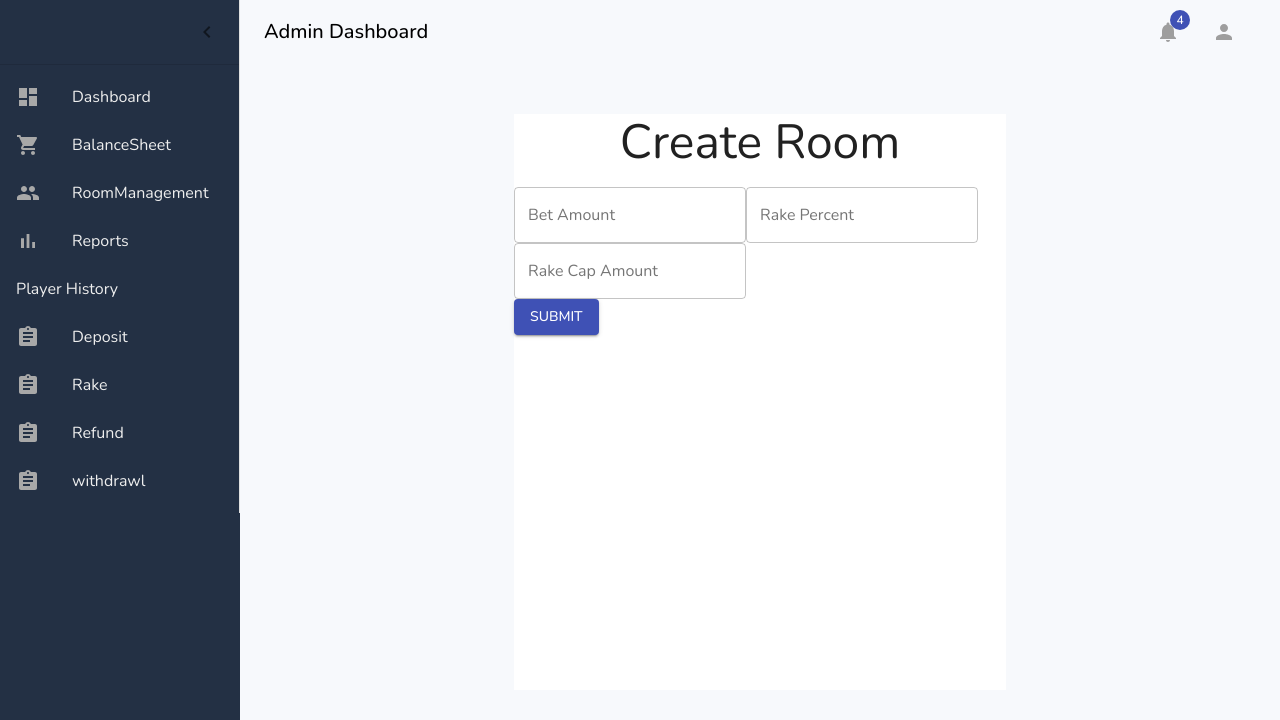
Repository: imayankbisht/ludofrontend
Page: /create
These files come from the project's save history. The page is drawn as it stood at one moment and after the next save; the edit follows.
The browser window is 1280 px wide. The pictures show the whole page.
The project was rebuilt for these pictures with package versions that can differ from the ones it lists, and the page was loaded fresh each time. Also part of the build but not shown: src/Components/Title.js, src/Components/Cards/Deposits.js, src/Components/Cards/Cashout.js, src/Components/Cards/Netbalance.js, src/Components/Cards/Rake.js, src/Components/Cards/Refund.js, src/Components/UserControl.js, src/Components/UserTable.js and 5 more.

Above is the page before, as saved 2021-01-20 12:40:15.

### src/App.js
import React from 'react';
import './App.css';
import {
  BrowserRouter as Router,
  Switch,
  Route,
 Redirect
} from "react-router-dom";
// import SignInOutContainer from './containers';
import Dashboard from './Components/Dashboard';
import Login from './Components/login';
// import RoomManagement from './Container/RoomManagement';
import UserManagement from './Components/UserManagement';
import UserForm from './Components/UserForm';
import EditForm from './Components/EditForm';
import BalanceSheet from './Components/balanceSheet';
import Routes from './routes';
import Main from './Container/Main';
 function App(props) {
  return (
    <div className="App">
  <Router >

   <Main/>
  </Router>


      </div>
  );
}


export default App;

### src/App.css
.App {
  /* text-align: center; */

}

.App-logo {
  height: 40vmin;
  pointer-events: none;
}

@media (prefers-reduced-motion: no-preference) {
  .App-logo {
    animation: App-logo-spin infinite 20s linear;
  }
}

.App-header {
  background-color: #282c34;
  min-height: 100vh;
  display: flex;
  flex-direction: column;
  align-items: center;
  justify-content: center;
  font-size: calc(10px + 2vmin);
  color: white;
}

.App-link {
  color: #61dafb;
}

@keyframes App-logo-spin {
  from {
    transform: rotate(0deg);
  }
  to {
    transform: rotate(360deg);
  }
}

### src/Components/Dashboard.js
import React from 'react';
import clsx from 'clsx';
import { makeStyles } from '@material-ui/core/styles';
import CssBaseline from '@material-ui/core/CssBaseline';
import Drawer from '@material-ui/core/Drawer';
import Box from '@material-ui/core/Box';
import AppBar from '@material-ui/core/AppBar';
import Toolbar from '@material-ui/core/Toolbar';
import List from '@material-ui/core/List';
import Typography from '@material-ui/core/Typography';
import Divider from '@material-ui/core/Divider';
import IconButton from '@material-ui/core/IconButton';
import Badge from '@material-ui/core/Badge';
import Container from '@material-ui/core/Container';
import Grid from '@material-ui/core/Grid';
import Paper from '@material-ui/core/Paper';
// import Link from '@material-ui/core/Link';
import MenuIcon from '@material-ui/icons/Menu';
import ChevronLeftIcon from '@material-ui/icons/ChevronLeft';
import NotificationsIcon from '@material-ui/icons/Notifications';
import Deposits from './Cards/Deposits';
import MenuItem from "@material-ui/core/MenuItem";
import MenuList from "@material-ui/core/MenuList";
import Hidden from "@material-ui/core/Hidden";
import Grow from "@material-ui/core/Grow";
import Poppers from "@material-ui/core/Popper";
import ClickAwayListener from "@material-ui/core/ClickAwayListener";
import Person from "@material-ui/icons/Person";
import classNames from "classnames";
import Button from "@material-ui/core/Button";
import {Link, Redirect} from 'react-router-dom';
import "typeface-nunito";
import  Cashout from './Cards/Cashout';
import Netbalance from './Cards/Netbalance';
import Rake from './Cards/Rake';
import Refund from './Cards/Refund';
import UserManagement from './UserManagement';
import routes from '../routes'
import { Switch, Route} from "react-router-dom";
import ListItem from '@material-ui/core/ListItem';
import ListItemIcon from '@material-ui/core/ListItemIcon';
import BalanceSheet from './balanceSheet';
import Sidebar from './Sidebar';
import Routes from '../routes';
import { ThemeProvider, createMuiTheme } from '@material-ui/core/styles';
const theme = createMuiTheme({

  typography: {
      fontFamily: [
        'Nunito',
        'serif',
      ].join(','),
  },
});

const drawerWidth = 240;

const useStyles = makeStyles((theme) => ({
  root: {
    display: 'flex',
  },
  toolbar: {
    paddingRight: 24, // keep right padding when drawer closed
  },
  toolbarIcon: {
    display: 'flex',
    alignItems: 'center',
    justifyContent: 'flex-end',
    padding: '0 8px',
    ...theme.mixins.toolbar,
  },
  appBar: {
    zIndex: theme.zIndex.drawer + 1,
    transition: theme.transitions.create(['width', 'margin'], {
      easing: theme.transitions.easing.sharp,
      duration: theme.transitions.duration.leavingScreen,
    }),
  },
  appBarShift: {
    marginLeft: drawerWidth,
    width: `calc(100% - ${drawerWidth}px)`,
    transition: theme.transitions.create(['width', 'margin'], {
      easing: theme.transitions.easing.sharp,
      duration: theme.transitions.duration.enteringScreen,
    }),
  },
  menuButton: {
    marginRight: 36,
  },
  menuButtonHidden: {
    display: 'none',
  },
  title: {
    flexGrow: 1,
  },
  drawerPaper: {
    position: 'relative',
    whiteSpace: 'nowrap',
    width: drawerWidth,
    transition: theme.transitions.create('width', {
      easing: theme.transitions.easing.sharp,
      duration: theme.transitions.duration.enteringScreen,
    }),
  },
  drawerPaperClose: {
    overflowX: 'hidden',
    transition: theme.transitions.create('width', {
      easing: theme.transitions.easing.sharp,
      duration: theme.transitions.duration.leavingScreen,
    }),
    width: theme.spacing(7),
    [theme.breakpoints.up('sm')]: {
      width: theme.spacing(9),
    },
  },
  appBarSpacer: theme.mixins.toolbar,
  content: {
    flexGrow: 1,
    height: '100vh',
    overflow: 'auto',
  },
  container: {
    paddingTop: theme.spacing(4),
    paddingBottom: theme.spacing(4),
  },
  paper: {
    padding: theme.spacing(2),
    display: 'flex',
    overflow: 'auto',
    flexDirection: 'column',
  },
  fixedHeight: {
    height: 240,
  },
}));

 function Dashboard(props) {
  const classes = useStyles();
  const [open, setOpen] = React.useState(true);
  const [openProfile, setOpenProfile] = React.useState(null);
  const handleClickProfile = event => {
    if (openProfile && openProfile.contains(event.target)) {
      setOpenProfile(null);
    } else {
      setOpenProfile(event.currentTarget);
    }
  };
  const handleCloseProfile = () => {
    setOpenProfile(null);
  };
  const handleDrawerOpen = () => {
    setOpen(true);
  };
  const handleDrawerClose = () => {
    setOpen(false);
  };
  const fixedHeightPaper = clsx(classes.paper, classes.fixedHeight);

  return (
    <ThemeProvider theme={theme}>
    <div className={classes.root}>
      <CssBaseline />
      <AppBar position="absolute" style={{ background: '#f7f9fc',color:'black',boxShadow: "none" }} className={clsx(classes.appBar, open && classes.appBarShift)}>
        <Toolbar className={classes.toolbar}>
          <IconButton
            edge="start"
            color="inherit"
            aria-label="open drawer"
            onClick={handleDrawerOpen}
            className={clsx(classes.menuButton, open && classes.menuButtonHidden)}
          >
            <MenuIcon />
          </IconButton>

          <Typography component="h1" variant="h6"  color="inherit" noWrap className={classes.title}>
          Admin Dashboard
          </Typography>

          <IconButton style={{ color: '#9e9e9e'}} color="inherit">
            <Badge badgeContent={4}  color="primary">
              <NotificationsIcon  />
            </Badge>
          </IconButton>
          <Button
          color={window.innerWidth > 959 ? "transparent" : "white"}
          justIcon={window.innerWidth > 959}
          simple={!(window.innerWidth > 959)}
          aria-owns={openProfile ? "profile-menu-list-grow" : null}
          aria-haspopup="true"
          onClick={handleClickProfile}
          className={classes.buttonLink}
        >
          <Person style={{ color: '#9e9e9e'}} className={classes.icons} />
          <Hidden mdUp implementation="css">
            <p className={classes.linkText}>Profile</p>
          </Hidden>
        </Button>
        <Poppers
          open={Boolean(openProfile)}
          anchorEl={openProfile}
          transition
          disablePortal
          className={
            classNames({ [classes.popperClose]: !openProfile }) +
            " " +
            classes.popperNav
          }
        >
          {({ TransitionProps, placement }) => (
            <Grow
              {...TransitionProps}
              id="profile-menu-list-grow"
              style={{
                transformOrigin:
                  placement === "bottom" ? "center top" : "center bottom"
              }}
            >
              <Paper>
                <ClickAwayListener onClickAway={handleCloseProfile}>
                  <MenuList role="menu">
                    <MenuItem
                      onClick={handleCloseProfile}
                      className={classes.dropdownItem}
                    >
                      Profile
                    </MenuItem>
                    <MenuItem
                      onClick={handleCloseProfile}
                      className={classes.dropdownItem}
                    >
                      Settings
                    </MenuItem>
                    <Divider light />
                    <Link style={{color:'black', textDecoration:'none'}} to="login">
                    <MenuItem
                      onClick={handleCloseProfile}
                      className={classes.dropdownItem}
                    >
                      Logout
                    </MenuItem>
                    </Link>
                  </MenuList>
                </ClickAwayListener>
              </Paper>
            </Grow>
          )}
        </Poppers>
        </Toolbar>
      </AppBar>
     <Box bgcolor="#233044">
     <Drawer
        variant="permanent"
        classes={{
          paper: clsx(classes.drawerPaper, !open && classes.drawerPaperClose),
        }}
        open={open}
      >
        <Box bgcolor="#233044">
        <div className={classes.toolbarIcon}>
          <IconButton onClick={handleDrawerClose}>
            <ChevronLeftIcon />
          </IconButton>
        </div>
        <Divider />
        <List><Sidebar /></List>
        </Box>
      </Drawer>
     </Box>
      <main style={{ background: '#f7f9fc'}} className={classes.content}>
        <div className={classes.appBarSpacer} />
        <Container maxWidth="lg" className={classes.container}>
          <Grid container spacing={3}>


              <Routes/>

          </Grid>


        </Container>
      </main>
    </div>
    </ThemeProvider>
  );
}
export default Dashboard;

### src/Components/UserForm.js
import React ,{useState , useEffect} from 'react';
import {apiCall} from '../services/apiCall';
import {Container, Typography ,Grid ,TextField , makeStyles ,Button} from '@material-ui/core';
import "typeface-nunito";
import { ThemeProvider, createMuiTheme } from '@material-ui/core/styles';
const theme = createMuiTheme({

  typography: {
      fontFamily: [
        'Nunito',
        'serif',
      ].join(','),
  },

});

const useStyles = makeStyles((theme)=>({
     root:{
         '& .MuiTextField-root':{
           margin:theme.spacing(2),
           width:'50ch'
         },
         '& .MuiButtonBase-root':{
             marginLeft:'40px',
             width:'50ch',
             marginTop:theme.spacing(6)
         }
     }

}))


export default function UserForm(props){
    const {heading} = props;
    const [betAmount , setBetamount]=useState("");
    const [rakePercent , setRakepercent]=useState("");
    const [rakeCapAmount , setRakeCapAmount]=useState("");
    const classes = useStyles();

    const handleSubmit = (e) =>{
       e.preventDefault();
       const data ={
         bet:betAmount,
         rakePercent:rakePercent,
         rakeCap:rakeCapAmount
       }
       apiCall('post','https://ylrwt.sse.codesandbox.io/room/createroom',data);
       setRakeCapAmount("");
       setBetamount("");
       setRakepercent("");
    }
    return(
      <ThemeProvider theme={theme}>
            <Container  maxWidth="sm" className={classes.root}>
            <Typography component="div" style={{ backgroundColor: '#FFFFFF', height: '80vh' ,margin:'30px' }}>
            <Typography align="center" variant="h3" component="h2" gutterBottom>
                {heading}
            </Typography>
            <form onSubmit={handleSubmit} >
                <Grid container spacing={3}>
                   <Grid item sm={12} md={12}>
                     <TextField
                        label="Bet Amount"
                        name="betAmount"
                        variant="outlined"
                        value={betAmount}
                        onChange={(e)=>{setBetamount(e.target.value)}}
                      />
                      <TextField
                        label="Rake Percent"
                        name="rakePercent"
                        variant="outlined"
                        value={rakePercent}
                        onChange={(e)=>{setRakepercent(e.target.value)}}
                      />
                      <TextField
                        label="Rake Cap Amount"
                        name="rakeCapAmount"
                        variant="outlined"
                        value={rakeCapAmount}
                        onChange={(e)=>{setRakeCapAmount(e.target.value)}}
                      />
                   </Grid>
                </Grid>
                <Button type="submit" variant="contained" color="primary">
                   Submit
                </Button>
            </form>
            </Typography>
            </Container>
            </ThemeProvider>
    )
}

### src/routes.js
import React from 'react';
import {
  BrowserRouter as Router,
  Switch,
  Route,
  Redirect
} from "react-router-dom";
// import SignInOutContainer from './containers';
import Dashboard from './Components/Dashboard';
import Login from './Components/login';
// import RoomManagement from './Container/RoomManagement';
import UserManagement from './Components/UserManagement';
import UserForm from './Components/UserForm';
import EditForm from './Components/EditForm';
import BalanceSheet from './Components/balanceSheet';
import Main from './Container/Main';
function Routes() {
  return (

    <Router >


      <Route>

        <Route path="/BalanceSheet" render={props => <BalanceSheet {...props} />} />

        <Route path="/roomManagement" render={props => <UserManagement {...props} />} />
        <Route path="/create" render={props => (
          <UserForm heading="Create Room" {...props} />
        )} />
        <Route exact path="/api/edit/:id" render={props => {
          return (
            <EditForm {...props} />
          )
        }} />


      </Route>


    </Router>

  );
}


export default Routes;

### src/Container/Main.js
import UserManagement from '../Components/UserManagement';
import {Switch ,Route,Redirect} from 'react-router-dom';
import UserForm from '../Components/UserForm';
import EditForm from '../Components/EditForm';
import React from 'react';
import Dashboard from '../Components/Dashboard';
import Sidebar from '../Components/Sidebar';
import Login from '../Components/login';
import Routes from '../routes';
export default function Main(props){
    return(
        <div>
            {/* <Switch>
                <Route exact path="/userman" render={props =><UserManagement {...props} />} />
                <Route exact path="/create" render={props =>(
                    <UserForm heading="Create Room" />
                )}/>
                <Route exact path="/api/edit/:id" render={props =>{
                    return(
                        <EditForm {...props}/>
                    )
                }}/>
            </Switch> */}
           {/* <Switch>

            <Route path="/login" component={Login} />
         <Route path="/Dashboard" component={Dashboard} />

            <Redirect from="/" to="/login" />
           </Switch> */}

          <Dashboard/>

        </div>
    )
}

### src/Components/Sidebar.js
import React,{useState} from 'react';
import ListItem from '@material-ui/core/ListItem';
import {SidebarItems} from './SidebarItems';
import {Link} from 'react-router-dom';
import { ListItemText } from '@material-ui/core';
import ListItemIcon from '@material-ui/core/ListItemIcon';

export default function Sidebar(defaultActive) {
    const [activeIndex, setActiveIndex] = useState(defaultActive || 1);
    return (
        <>

                {

                    SidebarItems.map((item,index)=> {
                        const {name,icon,route}=item;

                        return (
                            <Link style={{ textDecoration: 'none'}} to={route}>
                            <ListItem style={{ color: '#eeeeee'}} key={name} active={index === activeIndex} >
                                {icon && <ListItemIcon style={{ color: '#a8a8a8'}}>{icon}</ListItemIcon>}
                               <ListItemText primary={name} />
                            </ListItem>
                            </Link>
                        );
                    })
                }

        </>
    );
}

### src/services/apiCall.js
import axios from 'axios';

export function apiCall(method ,path , data){
    return new Promise((resolve ,reject)=>{
        return axios[method](path , data)
        .then(res => {
            return resolve(res.data);
        })
        .catch(err =>{
            return reject(err.response.data.error);
        });
    });
}

### src/Components/SidebarItems.js
import React from 'react';
import ListItem from '@material-ui/core/ListItem';
import ListItemIcon from '@material-ui/core/ListItemIcon';
import ListItemText from '@material-ui/core/ListItemText';
import ListSubheader from '@material-ui/core/ListSubheader';
import DashboardIcon from '@material-ui/icons/Dashboard';
import ShoppingCartIcon from '@material-ui/icons/ShoppingCart';
import PeopleIcon from '@material-ui/icons/People';
import BarChartIcon from '@material-ui/icons/BarChart';
import LayersIcon from '@material-ui/icons/Layers';
import AssignmentIcon from '@material-ui/icons/Assignment';
import Box from '@material-ui/core/Box';
import Divider from '@material-ui/core/Divider';
import "typeface-nunito";
import { ThemeProvider, createMuiTheme } from '@material-ui/core/styles';
import { Button } from '@material-ui/core';
import { Link } from 'react-router-dom';
const theme = createMuiTheme({

  typography: {
    fontFamily: [
      'Nunito',
      'serif',
    ].join(','),
  },
});
export const SidebarItems = [

  // <ThemeProvider theme={theme}>
  // <div>

  //  <ListItem button>
  //     <ListItemIcon>
  //       <DashboardIcon  style={{ color: '#a8a8a8'}}/>
  //     </ListItemIcon>
  //     <ListItemText style={{ color: '#eeeeee'}}  primary="Dashboard" />
  //   </ListItem>
  //   <ListItem button>
  //     <ListItemIcon>
  //       <ShoppingCartIcon style={{ color: '#a8a8a8'}}/>
  //     </ListItemIcon>
  //     <ListItemText style={{ color: '#eeeeee'}} primary="BalanceSheet" />
  //   </ListItem>
  //   <ListItem button>
  //     <ListItemIcon>
  //       <PeopleIcon style={{ color: '#a8a8a8'}} />
  //     </ListItemIcon>
  //     <Link style={{ textDecoration:'none'}}to="/UserManagement">

  //     <ListItemText style={{ color: '#eeeeee'}} primary="RoomManagement" />
  //     </Link>
  //   </ListItem>
  //   <ListItem button>
  //     <ListItemIcon>
  //       <BarChartIcon style={{ color: '#a8a8a8'}} />
  //     </ListItemIcon>
  //     <ListItemText style={{ color: '#eeeeee'}} primary="Reports" />
  //   </ListItem>
  //   <Divider />
  //   <ListSubheader style={{ color: '#eeeeee'}} inset>Player history</ListSubheader>
  //   <ListItem button>
  //     <ListItemIcon>
  //       <AssignmentIcon style={{ color: '#a8a8a8'}} />
  //     </ListItemIcon>
  //     <ListItemText style={{ color: '#eeeeee'}} primary="Deposit" />
  //   </ListItem>
  //   <ListItem button>
  //     <ListItemIcon>
  //       <AssignmentIcon style={{ color: '#a8a8a8'}} />
  //     </ListItemIcon>
  //     <ListItemText style={{ color: '#eeeeee'}} primary="Rake" />
  //   </ListItem>
  //   <ListItem button>
  //     <ListItemIcon>
  //       <AssignmentIcon style={{ color: '#a8a8a8'}} />
  //     </ListItemIcon>
  //     <ListItemText style={{ color: '#eeeeee'}} primary="Refund" />
  //   </ListItem>
  //   <ListItem button>
  //     <ListItemIcon>
  //       <AssignmentIcon style={{ color: '#a8a8a8'}} />
  //     </ListItemIcon>
  //     <ListItemText style={{ color: '#eeeeee'}} primary="Withdrawl" />
  //   </ListItem>


  // </div>
  // </ThemeProvider>
  {
    route:'/Dashboard',
    name: "Dashboard",
    icon:<DashboardIcon/>
  },
  {
    route:'/BalanceSheet',
    name: "BalanceSheet",
    icon:<ShoppingCartIcon/>
  },
  {
    route:'/roomManagement',
    name: "RoomManagement",
    icon:<PeopleIcon/>
  },
  {

    name: "Reports",
    icon:<BarChartIcon/>
  },
  {
    name: "Player History"
  },
  {
    name: "Deposit",
    icon:<AssignmentIcon/>
  },
  {
    name: "Rake",
    icon:<AssignmentIcon/>
  },
  {
    name: "Refund",
    icon:<AssignmentIcon/>
  },
  {
    name: "withdrawl",
    icon:<AssignmentIcon/>
  },

];

Loaded but not shown: public/index.html (common file); src/index.js (common file); src/index.css (common file); src/serviceWorker.js (common file)

After the next save:
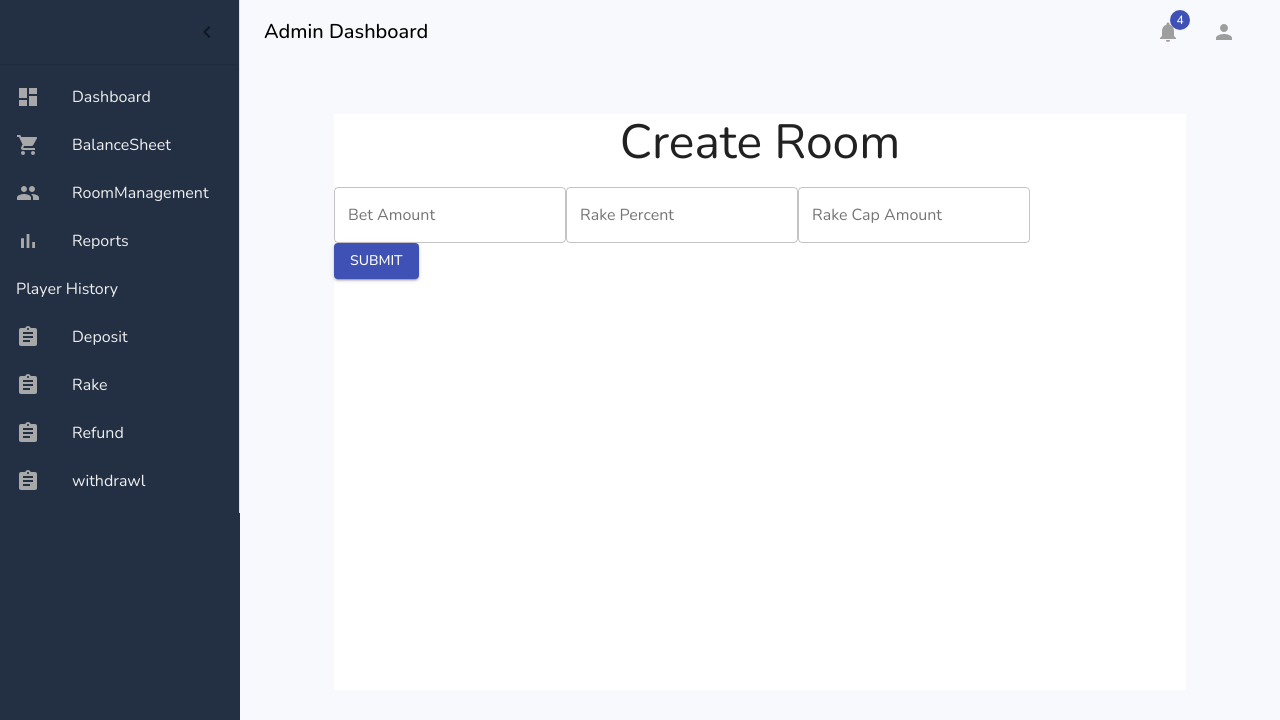
Saved 33 s later.
--- a/src/Components/UserForm.js
+++ b/src/Components/UserForm.js
@@ -51,7 +51,7 @@
     }
     return(
       <ThemeProvider theme={theme}>
-            <Container  maxWidth="sm" className={classes.root}>
+            <Container  maxWidth="md" className={classes.root}>
             <Typography component="div" style={{ backgroundColor: '#FFFFFF', height: '80vh' ,margin:'30px' }}>
             <Typography align="center" variant="h3" component="h2" gutterBottom>
                 {heading}

After the save that followed:
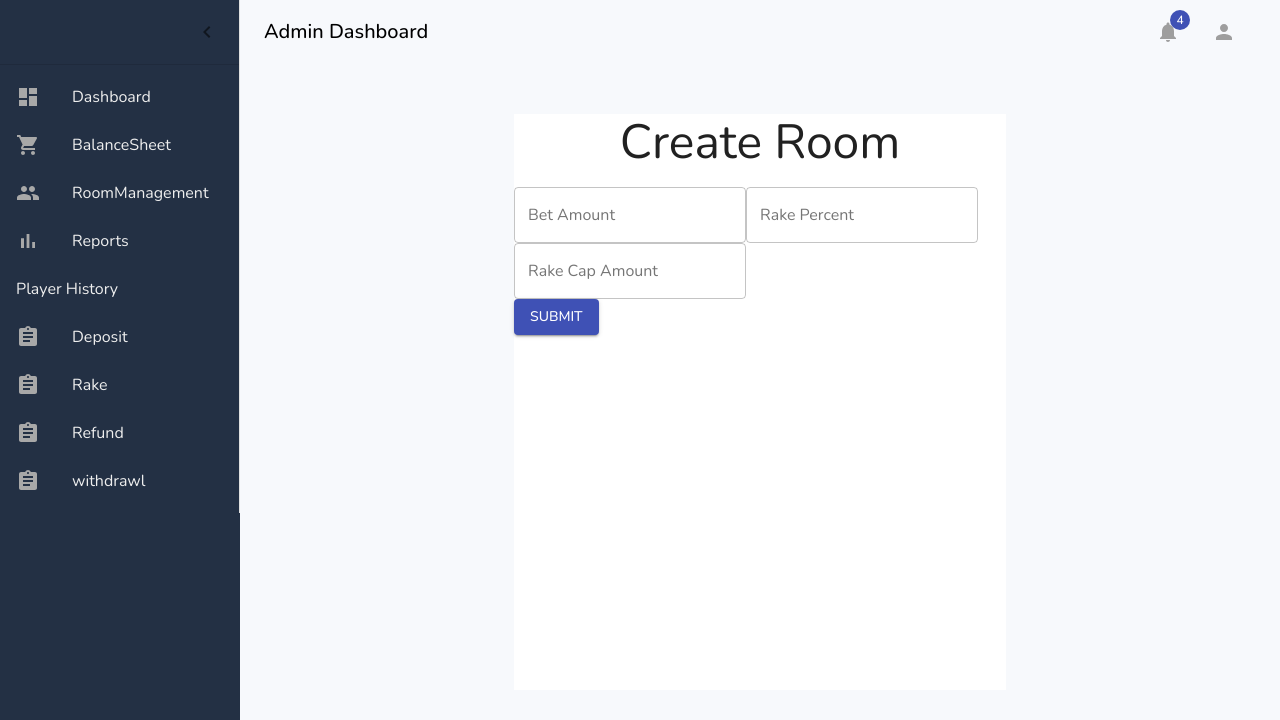
Saved 13 s later.
--- a/src/Components/UserForm.js
+++ b/src/Components/UserForm.js
@@ -51,7 +51,7 @@
     }
     return(
       <ThemeProvider theme={theme}>
-            <Container  maxWidth="md" className={classes.root}>
+            <Container  maxWidth="sm" className={classes.root}>
             <Typography component="div" style={{ backgroundColor: '#FFFFFF', height: '80vh' ,margin:'30px' }}>
             <Typography align="center" variant="h3" component="h2" gutterBottom>
                 {heading}
